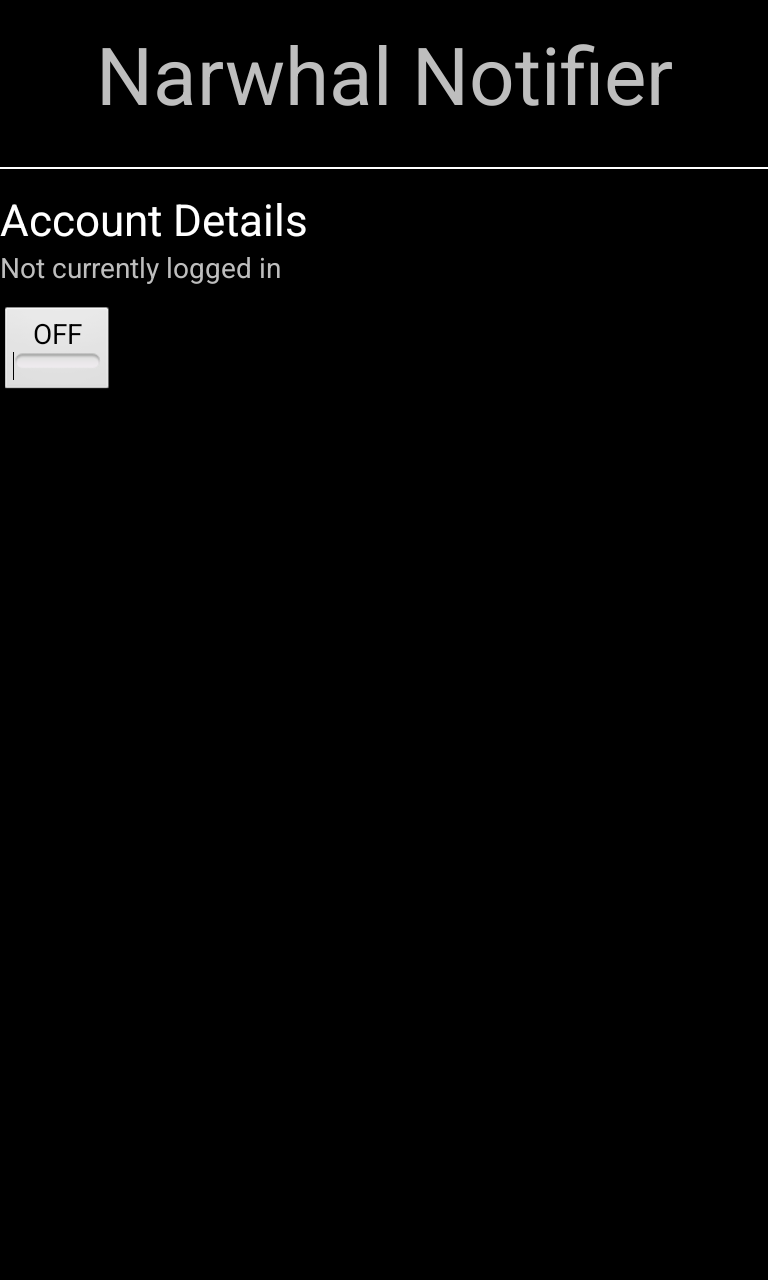
Repository: shawnbuso/NarwhalNotifier
Layout: Narwhal Notifier/res/layout/main.xml
These files come from the project's save history. The layout is drawn as it stood at one moment and after the next save; the edit follows.
It is drawn on a 768 x 1280 px phone screen (xhdpi) without system bars, with theme android:Theme; the app's code is not run.

Above is the layout before, as saved 2012-01-11 18:33:01.

### Narwhal Notifier/res/layout/main.xml
<?xml version="1.0" encoding="utf-8"?>
<LinearLayout xmlns:android="http://schemas.android.com/apk/res/android"
    android:layout_width="fill_parent"
    android:layout_height="fill_parent"
    android:orientation="vertical" >

    <TextView
        android:id="@+id/title"
        android:layout_width="fill_parent"
        android:layout_height="wrap_content"
        android:gravity="center_horizontal"
        android:text="@string/app_name"
		android:textSize="40dp"
		android:layout_marginTop="10dp"
		android:layout_marginBottom="10dp"/>

    <View
        android:id="@+id/separator"
        android:layout_width="fill_parent"
        android:layout_height="1dip"
        android:layout_alignParentTop="true"
        android:layout_centerVertical="true"
        android:background="#ffffff"
		android:layout_marginTop="10dp"
		android:layout_marginBottom="10dp"/>

    <include layout="@layout/list_item" />

    <ToggleButton
        android:id="@+id/toggleButton1"
        android:layout_width="wrap_content"
        android:layout_height="wrap_content"
        android:text="ToggleButton"
		android:layout_marginTop="10dp"
		android:layout_marginBottom="10dp"/>

</LinearLayout>

### Narwhal Notifier/res/values/strings.xml
<?xml version="1.0" encoding="utf-8"?>
<resources>

    <string name="hello">Hello World, NarwhalNotifier!</string>
    <string name="app_name">Narwhal Notifier</string>

</resources>

### Narwhal Notifier/res/layout/list_item.xml
<?xml version="1.0" encoding="utf-8"?>
<LinearLayout xmlns:android="http://schemas.android.com/apk/res/android"
    android:layout_width="fill_parent"
    android:layout_height="wrap_content"
    android:orientation="vertical"
    android:id="@+layout/list_item" >

    <TextView
        android:id="@+id/textView1"
        android:layout_width="wrap_content"
        android:layout_height="wrap_content"
        android:text="Account Details"
        android:textAppearance="?android:attr/textAppearanceLarge" />

    <TextView
        android:id="@+id/textView2"
        android:layout_width="wrap_content"
        android:layout_height="wrap_content"
        android:text="Not currently logged in"
        android:textAppearance="?android:attr/textAppearanceSmall" />

</LinearLayout>

After the next save:
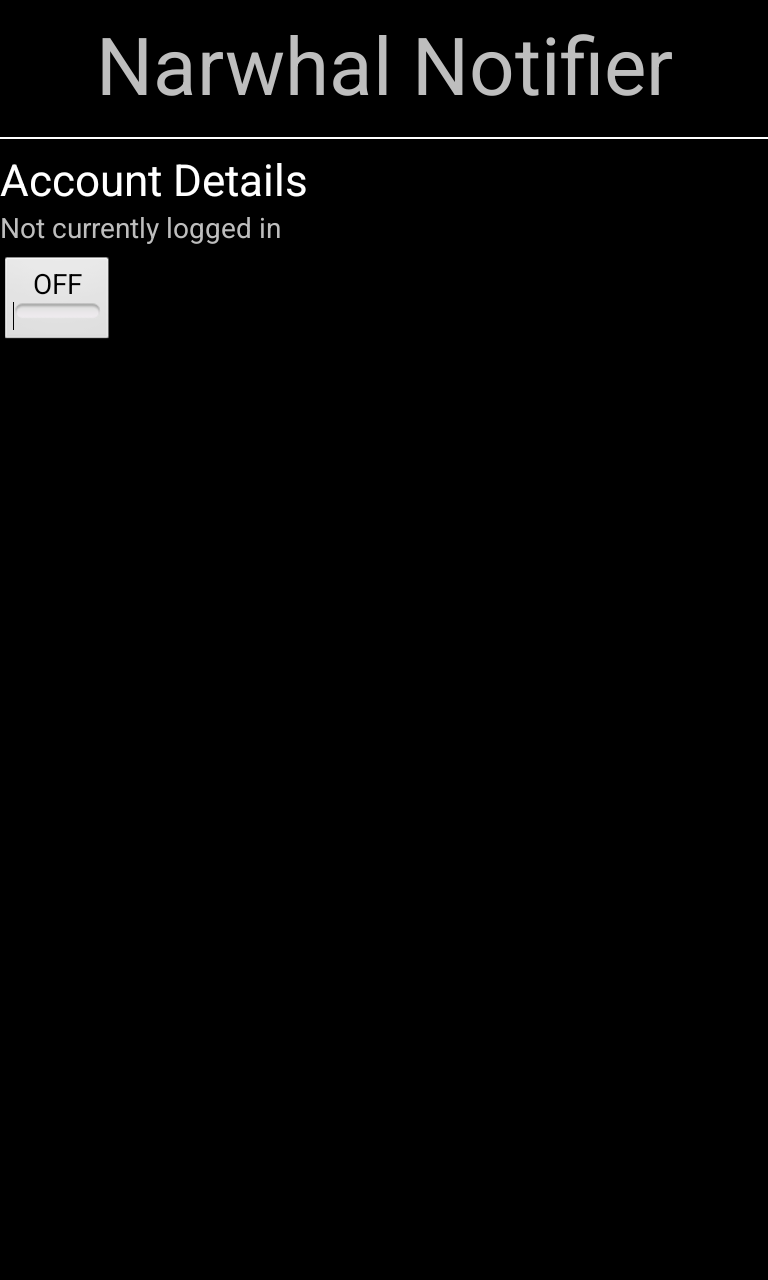
Saved 19 s later.
--- a/Narwhal Notifier/res/layout/main.xml
+++ b/Narwhal Notifier/res/layout/main.xml
@@ -11,8 +11,8 @@
         android:gravity="center_horizontal"
         android:text="@string/app_name"
 		android:textSize="40dp"
-		android:layout_marginTop="10dp"
-		android:layout_marginBottom="10dp"/>
+		android:layout_marginTop="5dp"
+		android:layout_marginBottom="5dp"/>
 
     <View
         android:id="@+id/separator"
@@ -21,8 +21,8 @@
         android:layout_alignParentTop="true"
         android:layout_centerVertical="true"
         android:background="#ffffff"
-		android:layout_marginTop="10dp"
-		android:layout_marginBottom="10dp"/>
+		android:layout_marginTop="5dp"
+		android:layout_marginBottom="5dp"/>
 
     <include layout="@layout/list_item" />
 
@@ -31,7 +31,7 @@
         android:layout_width="wrap_content"
         android:layout_height="wrap_content"
         android:text="ToggleButton"
-		android:layout_marginTop="10dp"
-		android:layout_marginBottom="10dp"/>
+		android:layout_marginTop="5dp"
+		android:layout_marginBottom="5dp"/>
 
 </LinearLayout>
